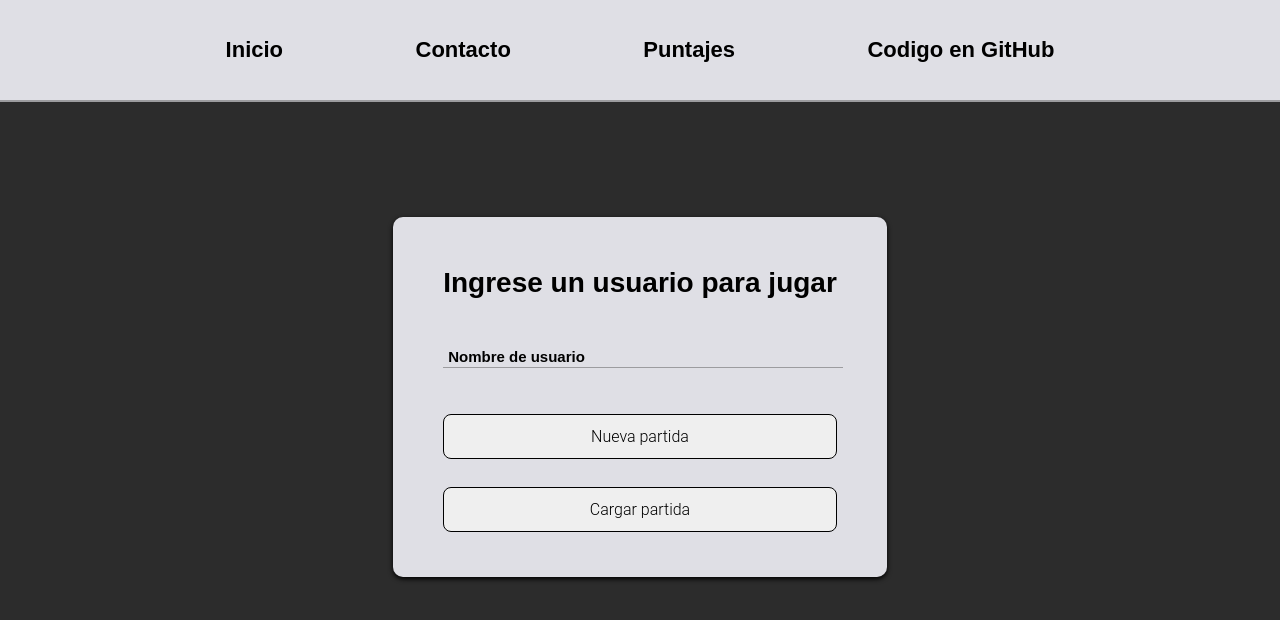
Repository: FacundoKinderknecht/FacundoKinderknecht_Wordle_Game_LPPA
Page: index.html
The author's editor kept a copy of each file at every save. The page is drawn from the files as they stood at one save, then again after the next save.
The browser window is 1280 px wide. The pictures show the whole page.

Above is the page before, as saved 2023-08-08 09:57:28.

### index.html
<!DOCTYPE html>
<html lang="en">
    <head>
        <meta charset="UTF-8">
        <meta http-equiv="X-UA-Compatible" content="IE=edge">
        <meta name="viewport" content="width=device-width, initial-scale=1.0">

        <link rel ="stylesheet" href="..css/reset.css">
        <link rel="stylesheet" href="../css/styles.css">
        <link rel="stylesheet" href="../css/index.css">

        <script src="../js/index.js"></script>

        <title>Final LPPA Facundo Kinderknecht</title>
    </head>
    <body>
        <header>
            <nav class="navbar">
                <a href="../index.html">Inicio</a>
                <a href="">Contacto</a>
                <a href="../html/puntajes.html">Puntajes</a>
                <a href="https://github.com/FacundoKinderknecht/FacundoKinderknecht_Wordle_Game_LPPA" target="_blank">Codigo en GitHub</a>
            </nav>
        </header>

        <div class="form-container">
            <form class="form-user">
                <h2 class="form-title">Ingrese un usuario para jugar</h2>
                <fieldset class="form-login">
                    <input class="form-txt" id="txt-user" placeholder="">
                    <label class="form-lbl" id="lbl-user" for="txt-user">Nombre de usuario</label>
                </fieldset>
                <input type="button" class="form-button" value="Nueva partida" id="btn-new">
                <input type="button" class="form-button" value="Cargar partida" id="btn-load">
                <label class="form-txt-error hidden" id="lblErrorEmpty">Debe ingresar un usuario</label>
                <label class="form-txt-error hidden" id="error-new">Ese usuario ya tiene partida</label>
                <label class="form-txt-error hidden" id="error-load">No hay partida para ese usuario</label>
            </form>
        </div>
    </body>
</html>

### css/reset.css
/* http://meyerweb.com/eric/tools/css/reset/
   v2.0 | 20110126
   License: none (public domain)
*/

html, body, div, span, applet, object, iframe,
h1, h2, h3, h4, h5, h6, p, blockquote, pre,
a, abbr, acronym, address, big, cite, code,
del, dfn, em, img, ins, kbd, q, s, samp,
small, strike, strong, sub, sup, tt, var,
b, u, i, center,
dl, dt, dd, ol, ul, li,
fieldset, form, label, legend,
table, caption, tbody, tfoot, thead, tr, th, td,
article, aside, canvas, details, embed,
figure, figcaption, footer, header, hgroup,
menu, nav, output, ruby, section, summary,
time, mark, audio, video {
	margin: 0;
	padding: 0;
	border: 0;
	font-size: 100%;
	font: inherit;
	vertical-align: baseline;
}

### css/styles.css
body{
    font-family: Arial, Helvetica, sans-serif;
    background-color: rgba(0, 0, 0, 0.827);
    display:flex;
    align-items: center;
    flex-direction: column;
}

header{
    width: 100%;
    height: 100px;
    margin-bottom: 15px;
    display: flex;
    justify-content: justify-content;
    align-items: center;
    background-color: rgba(248, 248, 255, 0.874);
    border-bottom: 2px solid rgb(87, 87, 87, 0.49);
}

header nav{
    display:flexbox;
    justify-content: justify-content;
    align-items:center;
    text-align: center;
    width: 100%;
}

header nav a{
    text-decoration: none;
    align-items:center;
    font-weight: bold;
    font-size: 22px;
    color: black;
    margin: 5%;
}

.hidden {
    display:none;
}

### css/index.css
form{
    background-color: rgba(248, 248, 255, 0.874);
    margin: 100px auto;
    width: 90%;
    max-width: 400px;
    padding: 50px;
    padding-bottom: 25px;
    border-radius: 10px;
    box-shadow: 0px 2px 5px;
    text-align: center;
}

.form-title{
    font-size: 28px;
    margin-bottom: 40px;
    font-weight: 700;
}

.form-container{
    margin-top: 50px;
    display:flex;
    margin: auto;
}

.form-login{
    width: 100%;
    position: relative;
    margin-bottom: 30px;
}

.form-txt{
    width: 100%;
    background: none;
    margin-bottom: 8px;
    color: rgb(27, 27, 27);
    font-size: 16px;
    padding: 5px 3px;
    border:none;
    outline:none;
    border-bottom: 1px solid rgb(87, 87, 87, 0.49);
}

.form-txt:focus + .form-lbl, .form-txt:not(:placeholder-shown) + .form-lbl{
    transform: translateY(-13px) scale(0.9);
    transform-origin: left top;
}

.form-lbl{
    position:absolute;
    font-size: 15px;
    top:0;
    left:5px;
    font-weight: bold;
    transform: translateY(9px);
    transform-origin: left bottom;
    transition: transform .5s;
}

.form-txt-error{
    width: 100%;
    color:rgb(255, 0, 0);
    text-align: center;
}

.form-button{
    width: 100%;
    font-family: 'Roboto', sans-serif;
    font-weight: 300;
    font-size: 16px;
    padding: 12px 0px;
    border: 1px solid;
    border-radius: 8px;
    cursor: pointer;
    transition: background-color .3s;
    margin-top: 8px;
    margin-bottom: 20px;
}

.hidden{
    display: none;
}

### js/index.js
function getElements() {
    user = document.getElementById("txt-user")
    btnNew = document.getElementById("btn-new")
    btnLoad = document.getElementById("btn-load")
    lblErrorNew = document.getElementById("error-new")
    lblErrorLoad = document.getElementById("error-load")
}

window.onload = () => {
    getElements()
    hideLabels()


    //cuando presiono el boton nuevo juego chequeo las partidas guardas y logueo el usuario
    btnNew.onclick = (e) => {
        hideLabels()
        let currentUser = user.value
        if (currentUser) {
            if (localStorage.getItem(`saveGame${currentUser}`) === null) {
                sessionStorage.setItem("user", user.value)
                sessionStorage.setItem("isNew", true)
                location.href = '/html/wordle.html'
            } else {
                lblErrorNew.classList.toggle("hidden", false)
            }
        } else {
            lblErrorEmpty.classList.toggle("hidden", false)
        }
    }

    //cuando presiono el boton cargar partida chequeo las partidas guardas cargo una y logueo el usuario
    btnLoad.onclick = (e) => {
        hideLabels()
        let currentUser = user.value
        if (currentUser) {
            if ((`saveGame${currentUser}` in localStorage)) {
                sessionStorage.setItem("user", user.value)
                sessionStorage.setItem("isNew", "false")
                location.href = '/html/wordle.html'
            } else {
                lblErrorLoad.classList.toggle("hidden", false)
            }
        } else {
            lblErrorEmpty.classList.toggle("hidden", false)
        }
    }


    function hideLabels() {
        user.onfocus = () => {
            lblErrorEmpty.classList.toggle("hidden", true)
        }
    }
}

After the next save:
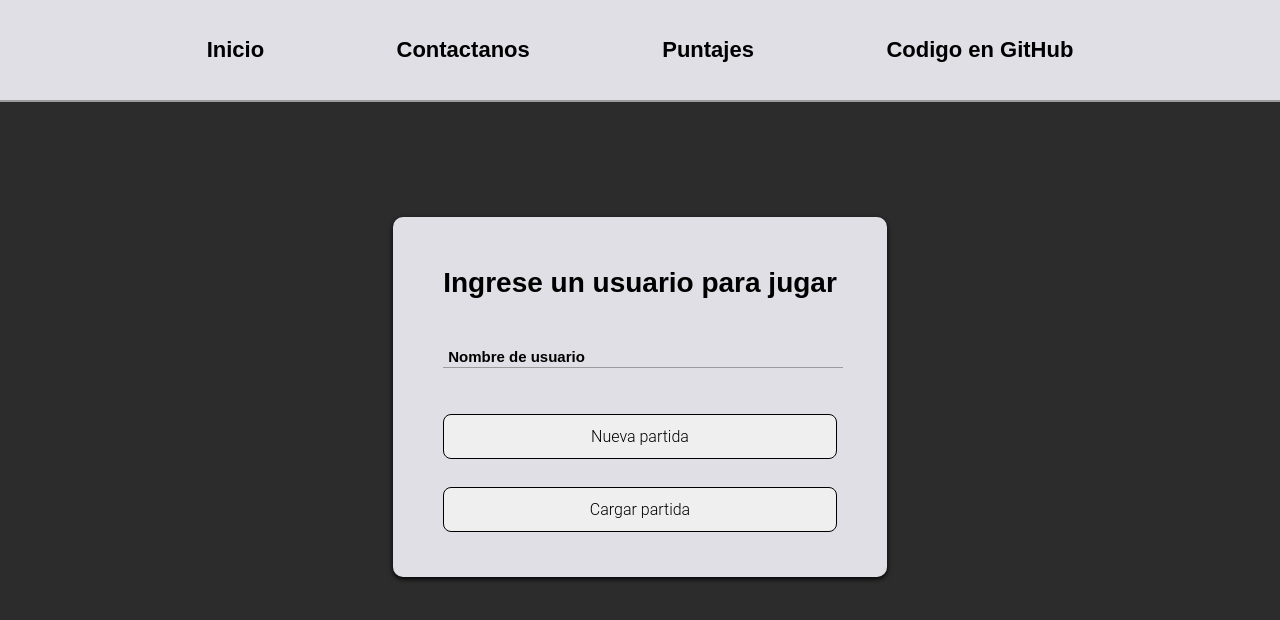
Saved 31 s later.
--- a/index.html
+++ b/index.html
@@ -17,7 +17,7 @@
         <header>
             <nav class="navbar">
                 <a href="../index.html">Inicio</a>
-                <a href="">Contacto</a>
+                <a href="../html/email.html">Contactanos</a>
                 <a href="../html/puntajes.html">Puntajes</a>
                 <a href="https://github.com/FacundoKinderknecht/FacundoKinderknecht_Wordle_Game_LPPA" target="_blank">Codigo en GitHub</a>
             </nav>
